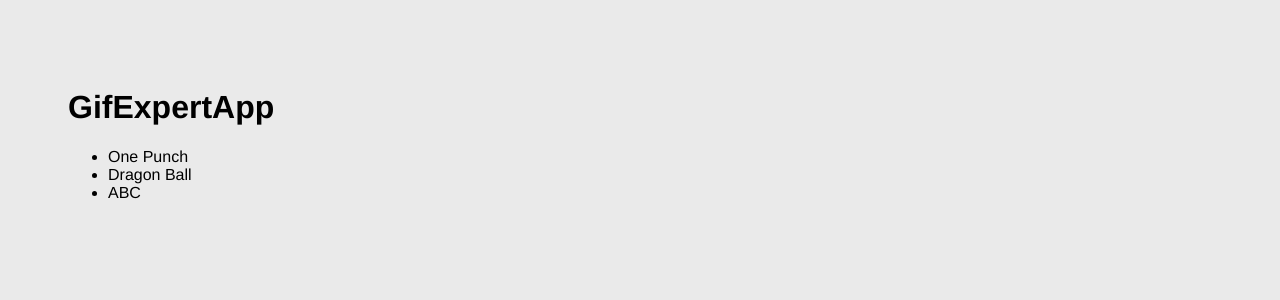
Repository: bryanesteban/gif-expert-app
Page: /
An editor plug-in stored every save of this project. The page is shown before and after the next save, followed by the edit.
The browser window is 1280 px wide. The pictures show the whole page.
The project was rebuilt for these pictures with package versions that can differ from the ones it lists, and the page was loaded fresh each time. Also part of the build but not shown: vite.config.js.

Above is the page before, as saved 2024-06-12 05:40:55.

### src/main.jsx
import React from 'react'
import ReactDOM from 'react-dom/client'
import { GifExpertApp } from './GifExpertApp'

import './styles.css';

ReactDOM.createRoot(document.getElementById('root')).render(
  <React.StrictMode>
    <GifExpertApp />
  </React.StrictMode>,
)

### src/GifExpertApp.jsx
import { useState } from "react";


export const GifExpertApp = () => {




    const [ categories , setCategories ] = useState([ 'One Punch', 'Dragon Ball']);

    console.log(categories);

    return (
    <>
    {/*Titulo */}
    <h1>GifExpertApp</h1>
    {/*Input */}
    {/*Listado de gif */}
    <ul>
        { categories.map( category => {
                return <li key={category}>{category} </li>
        }) }
        <li>ABC</li>

    </ul>
    {/* gif Item */}

    </>
  )
};

Loaded but not shown: index.html (common file); src/styles.css (common file)

After the next save:
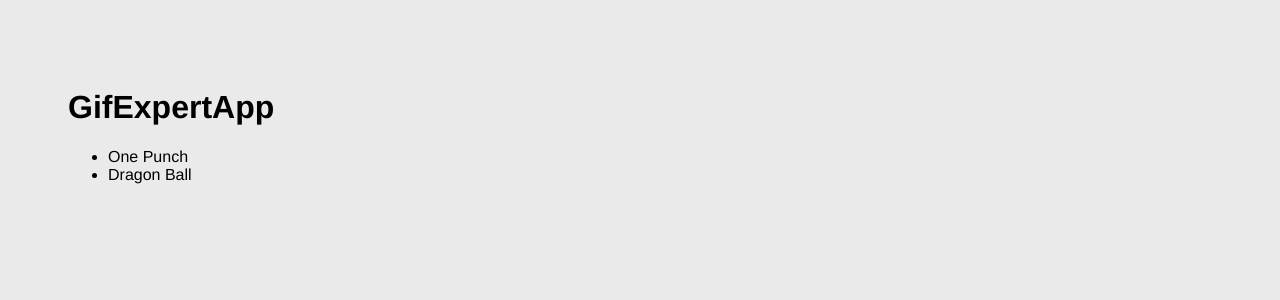
Saved 3 min 18 s later.
--- a/src/GifExpertApp.jsx
+++ b/src/GifExpertApp.jsx
@@ -20,7 +20,6 @@ export const GifExpertApp = () => {
         { categories.map( category => {
                 return <li key={category}>{category} </li>
         }) }
-        <li>ABC</li>
 
     </ul>
     {/* gif Item */}
